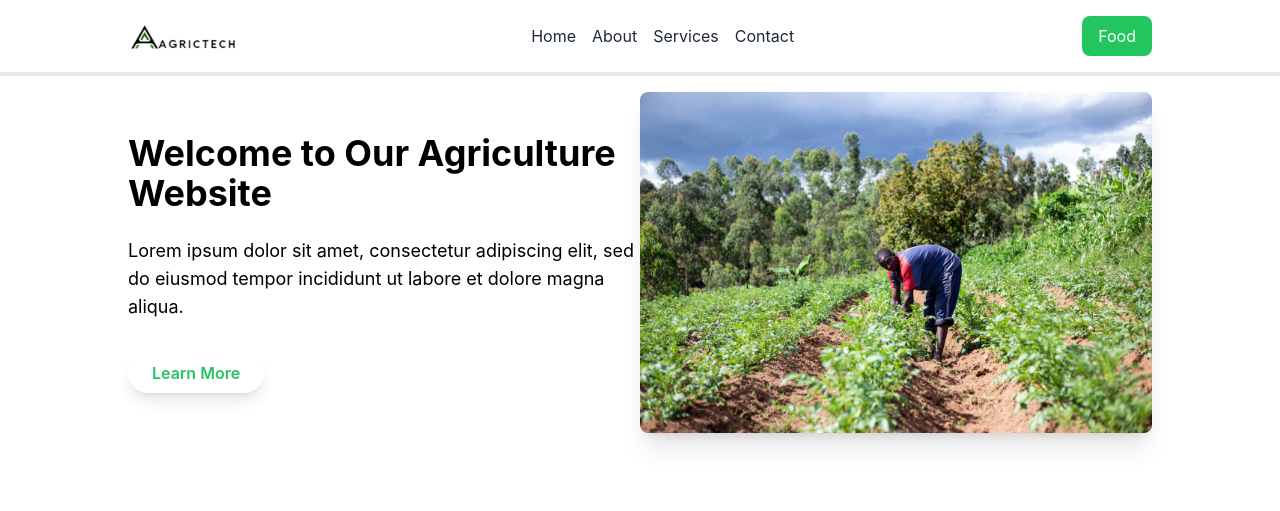
Repository: akinolapo/agric-tech
Page: /
The author's editor kept a copy of each file at every save. The page is drawn from the files as they stood at one save, then again after the next save.
The browser window is 1280 px wide. The pictures show the whole page.
The project was rebuilt for these pictures with package versions that can differ from the ones it lists, and the page was loaded fresh each time.

Above is the page before, as saved 2023-05-27 00:09:10.

### src/App.js
import React from 'react'
import Header from './components/Header'
import Hero from './components/Hero'

const App = () => {
  return (
    <div>
      <Header/>
      <Hero/>
    </div>
  )
}

export default App

### src/components/Header.jsx
import React, { useState } from 'react';

const Header = () => {
  const [isMenuOpen, setIsMenuOpen] = useState(false);

  const toggleMenu = () => {
    setIsMenuOpen(!isMenuOpen);
  };

  const closeMenu = () => {
    setIsMenuOpen(false);
  };

  return (
    <header className="bg-white border-b-4">
      <div className="container mx-auto flex justify-between items-center py-4 px-5 sm:px-32">
        <div className="flex items-center">
          <img
            src={process.env.PUBLIC_URL+`media/logo.png`}
            alt="Logo"
            className="h-8 w-auto"
          />
        </div>
        <div className="hidden md:flex space-x-4">
          <a href="#" className="text-gray-800 hover:text-gray-600">Home</a>
          <a href="#" className="text-gray-800 hover:text-gray-600">About</a>
          <a href="#" className="text-gray-800 hover:text-gray-600">Services</a>
          <a href="#" className="text-gray-800 hover:text-gray-600">Contact</a>
        </div>
        <div className="md:hidden">
          <button
            type="button"
            className="flex items-center p-2 rounded-md text-gray-800 hover:text-gray-600 focus:outline-none"
            onClick={toggleMenu}
          >
            <svg
              xmlns="http://www.w3.org/2000/svg"
              className="h-6 w-6"
              fill="none"
              viewBox="0 0 24 24"
              stroke="currentColor"
            >
              <path
                strokeLinecap="round"
                strokeLinejoin="round"
                strokeWidth="2"
                d="M4 6h16M4 12h16M4 18h16"
              />
            </svg>
          </button>

        </div>
        <div className="hidden md:block">
          <button
            type="button"
            className="bg-green-500 text-white rounded-lg py-2 px-4"
          >
            Food
          </button>
        </div>
      </div>
      <div>
          {isMenuOpen && (
            <div className="mt-2 w-full">
              <ul className="bg-white border rounded-md divide-y divide-gray-200 shadow-md">
                <li className="py-2 px-4">
                  <a href="#" className="text-gray-800 hover:text-gray-600">Home</a>
                </li>
                <li className="py-2 px-4">
                  <a href="#" className="text-gray-800 hover:text-gray-600">About</a>
                </li>
                <li className="py-2 px-4">
                  <a href="#" className="text-gray-800 hover:text-gray-600">Services</a>
                </li>
                <li className="py-2 px-4">
                  <a href="#" className="text-gray-800 hover:text-gray-600">Contact</a>
                </li>
                <li className="py-2 px-4">
                  <button
                    type="button"
                    className="bg-green-500 text-white rounded-lg py-2 px-4 w-full"
                  >
                    Food
                  </button>
                </li>
              </ul>
              <div className="absolute top-0 right-0 p-2">
              </div>
            </div>
          )}
          </div>
    </header>
  );
};

export default Header;

### src/components/Hero.jsx
import React from 'react';

const Hero = () => {
  return (
    <section className="bg-white text-black py-4 px-5 sm:px-32">
      <div className="container mx-auto flex flex-col lg:flex-row items-center">
        <div className="lg:w-1/2">
          <h1 className="text-4xl font-bold mb-6">Welcome to Our Agriculture Website</h1>
          <p className="text-lg mb-8">Lorem ipsum dolor sit amet, consectetur adipiscing elit, sed do eiusmod tempor incididunt ut labore et dolore magna aliqua.</p>
          <button className="bg-white text-green-500 py-2 px-6 rounded-full font-semibold shadow-lg hover:shadow-xl transition duration-300">Learn More</button>
        </div>
        <div className="lg:w-1/2">
          <img src={process.env.PUBLIC_URL+`media/hero.jpg`}alt="Agriculture" className="rounded-lg shadow-xl" />
        </div>
      </div>
    </section>
  );
};

export default Hero;

Loaded but not shown: public/index.html (common file); src/index.js (common file); src/index.css (common file); tailwind.config.js (common file)

After the next save:
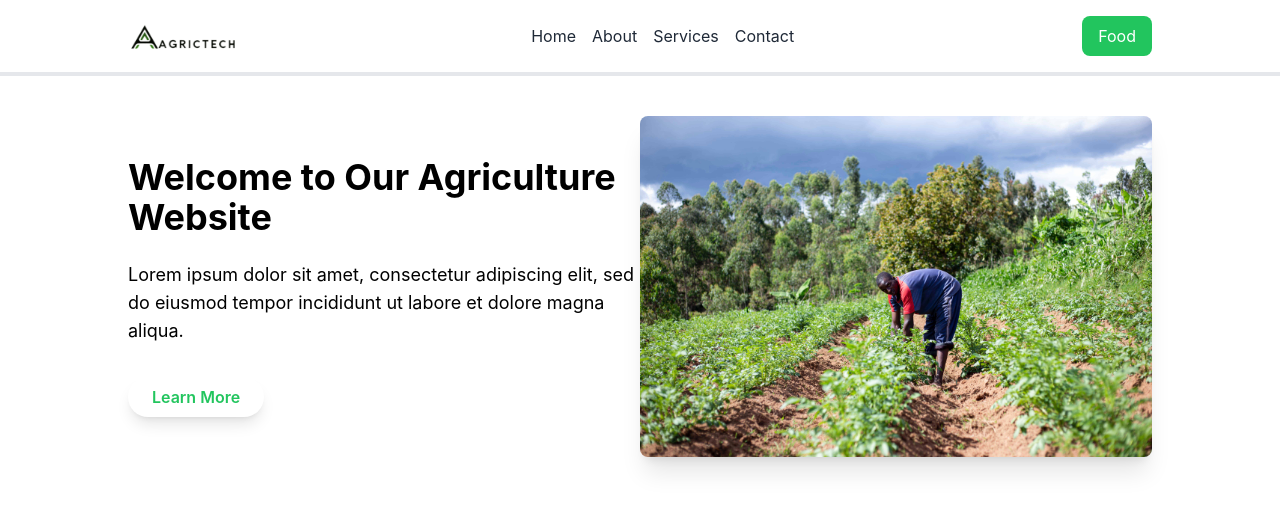
Saved 10 s later.
--- a/src/components/Hero.jsx
+++ b/src/components/Hero.jsx
@@ -2,7 +2,7 @@ import React from 'react';
 
 const Hero = () => {
   return (
-    <section className="bg-white text-black py-4 px-5 sm:px-32">
+    <section className="bg-white text-black py-10 px-5 sm:px-32">
       <div className="container mx-auto flex flex-col lg:flex-row items-center">
         <div className="lg:w-1/2">
           <h1 className="text-4xl font-bold mb-6">Welcome to Our Agriculture Website</h1>
